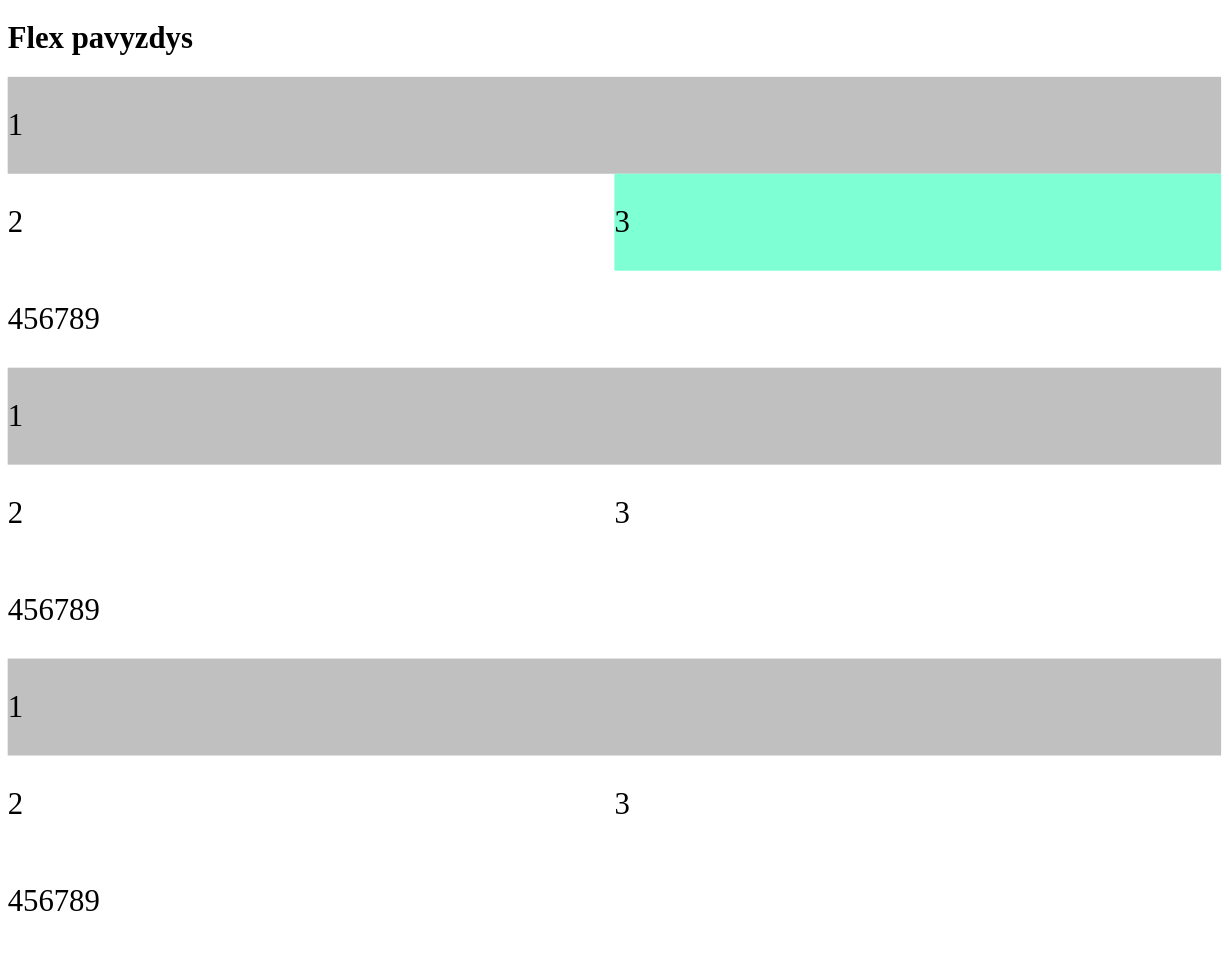
Repository: motiejus1/06-paskaita-invest
Page: index.html
An editor plug-in stored every save of this project. The page is shown before and after the next save, followed by the edit.
The browser window is 1280 px wide. The pictures show the whole page, at 96% of full size.

Above is the page before, as saved 2021-06-09 18:40:10.

### index.html
<!DOCTYPE html>
<html lang="en">
<head>
    <meta charset="UTF-8">
    <meta http-equiv="X-UA-Compatible" content="IE=edge">
    <meta name="viewport" content="width=device-width, initial-scale=1.0">
    <title>Sesta paskaita</title>
    <style>
        .flex-container {
            display: flex;
            flex-direction:row;
            flex-wrap: wrap;
        }

        .flex-item-1 {
            width: 100%;
            background-color: silver;
        }

        .flex-item-2, .flex-item-3 {
            width: 50%;
        }

        .flex-item-4


        .zydra {
            background-color:aqua;
        }

        .zalsva {
            background-color: aquamarine;
        }

        .rozine {
            background-color: pink;
        }

        p {
            font-size: 32px;
        }
    </style>
</head>
<body>
    <div class="container">
        <h1>Flex pavyzdys</h1>
        <div class="flex-container">
            <div class="flex-item-1"><p>1</p></div>
            <div class="flex-item-2 zydra"><p>2</p></div>
            <div class="flex-item-3 zalsva"><p>3</p></div>
            <div class="flex-item-4"><p>4</p></div>
            <div class="flex-item-5"><p>5</p></div>
            <div class="flex-item-6"><p>6</p></div>
            <div class="flex-item-7"><p>7</p></div>
            <div class="flex-item-8"><p>8</p></div>
            <div class="flex-item-9"><p>9</p></div>
            <div class="flex-item-1"><p>1</p></div>
            <div class="flex-item-2"><p>2</p></div>
            <div class="flex-item-3"><p>3</p></div>
            <div class="flex-item-4"><p>4</p></div>
            <div class="flex-item-5"><p>5</p></div>
            <div class="flex-item-6"><p>6</p></div>
            <div class="flex-item-7"><p>7</p></div>
            <div class="flex-item-8"><p>8</p></div>
            <div class="flex-item-9"><p>9</p></div>
            <div class="flex-item-1"><p>1</p></div>
            <div class="flex-item-2"><p>2</p></div>
            <div class="flex-item-3"><p>3</p></div>
            <div class="flex-item-4"><p>4</p></div>
            <div class="flex-item-5"><p>5</p></div>
            <div class="flex-item-6"><p>6</p></div>
            <div class="flex-item-7"><p>7</p></div>
            <div class="flex-item-8"><p>8</p></div>
            <div class="flex-item-9"><p>9</p></div>
        </div>
    </div>
</body>
</html>

After the next save:
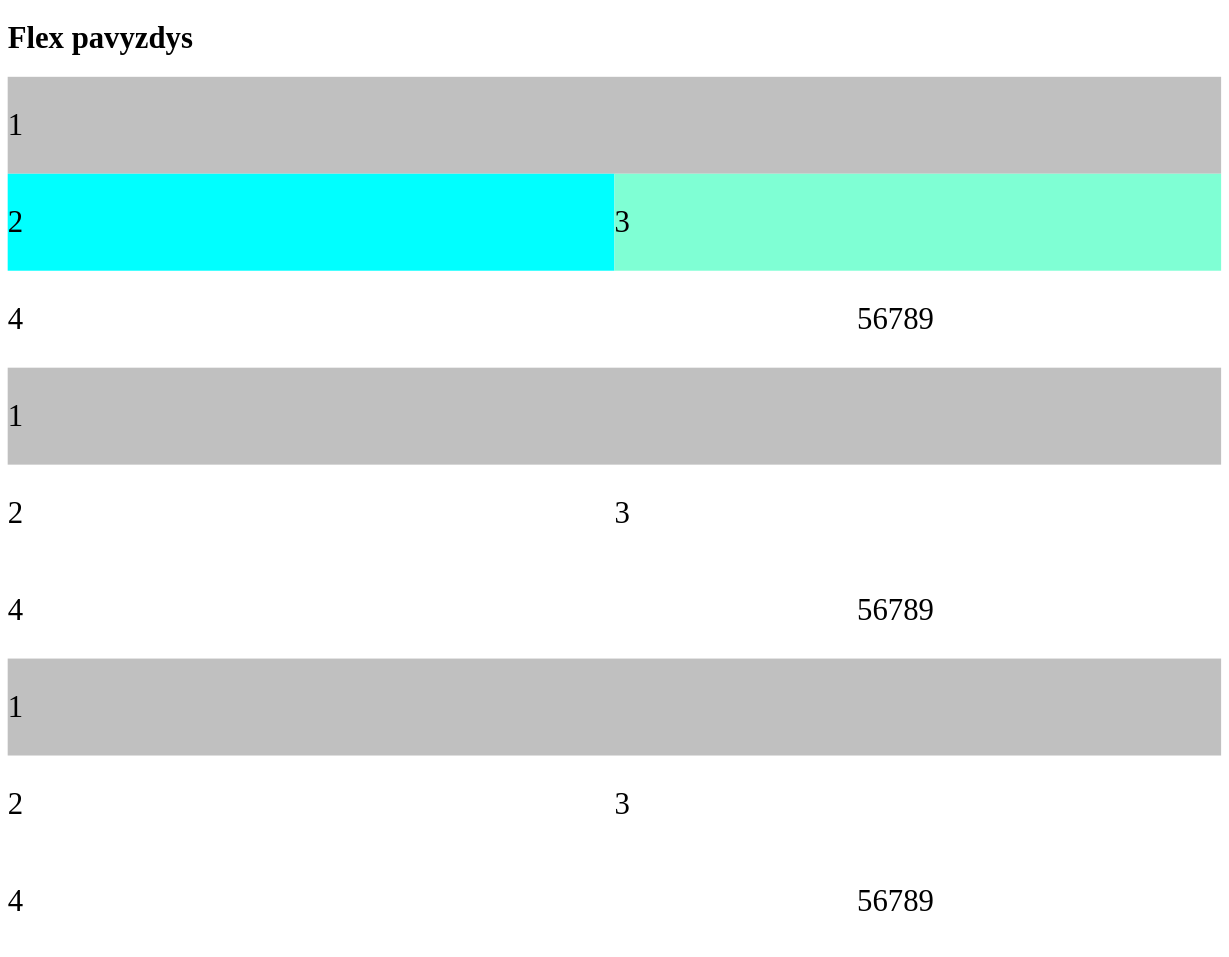
Saved 7 s later.
--- a/index.html
+++ b/index.html
@@ -21,7 +21,9 @@
             width: 50%;
         }
 
-        .flex-item-4
+        .flex-item-4 {
+            width: 70%;
+        }
 
 
         .zydra {
